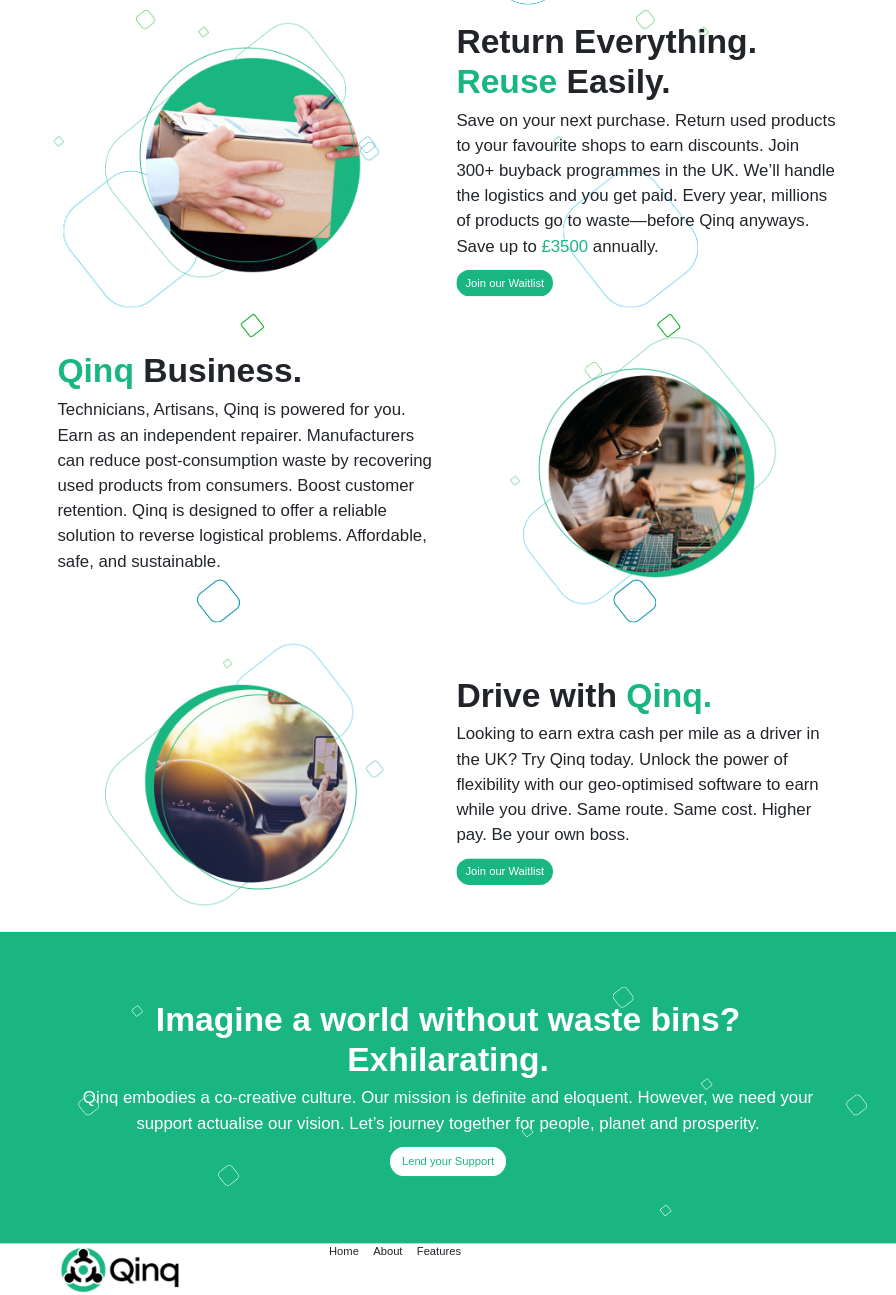
Repository: HelloQinq2023/qinq.github.io
Page: index.html
These files come from the project's save history. The page is drawn as it stood at one moment and after the next save; the edit follows.
The browser window is 1280 px wide. The pictures show the part of the page from y = 1846 to 3766 px (the page is 3696 px tall before and 3766 px after), at 70% of full size.
Backgrounds fixed to the window are drawn as part of the page. Some web fonts or font styles are not loaded; a fallback is used.

Above is the page before, as saved 2023-02-23 12:26:30.

After the next save:
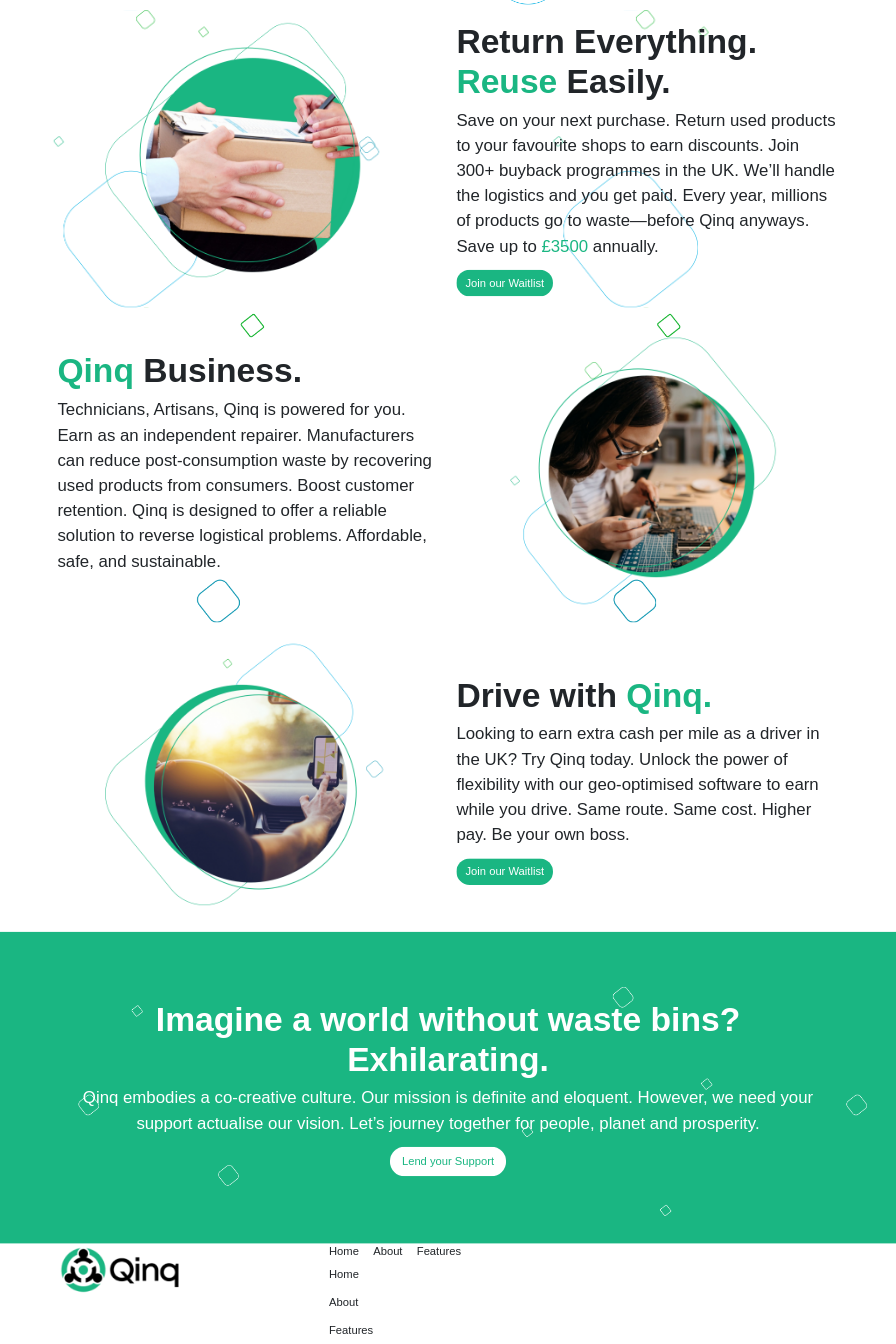
Saved 2 min 13 s later.
--- a/index.html
+++ b/index.html
@@ -164,9 +164,15 @@
 
           <div class="col-md-4">
             <div class="">
-              <div class="d-inline p-2 ">Home</div>
-              <div class="d-inline p-2 ">About</div>
-              <div class="d-inline p-2 ">Features</div>
+              <div class="d-inline p-2">Home</div>
+              <div class="d-inline p-2">About</div>
+              <div class="d-inline p-2">Features</div>
+            </div>
+
+            <div class="">
+              <span class="d-block p-2">Home</span>
+              <span class="d-block p-2">About</span>
+              <span class="d-block p-2">Features</span>
             </div>
           </div>
 

After the 2 saves that followed:
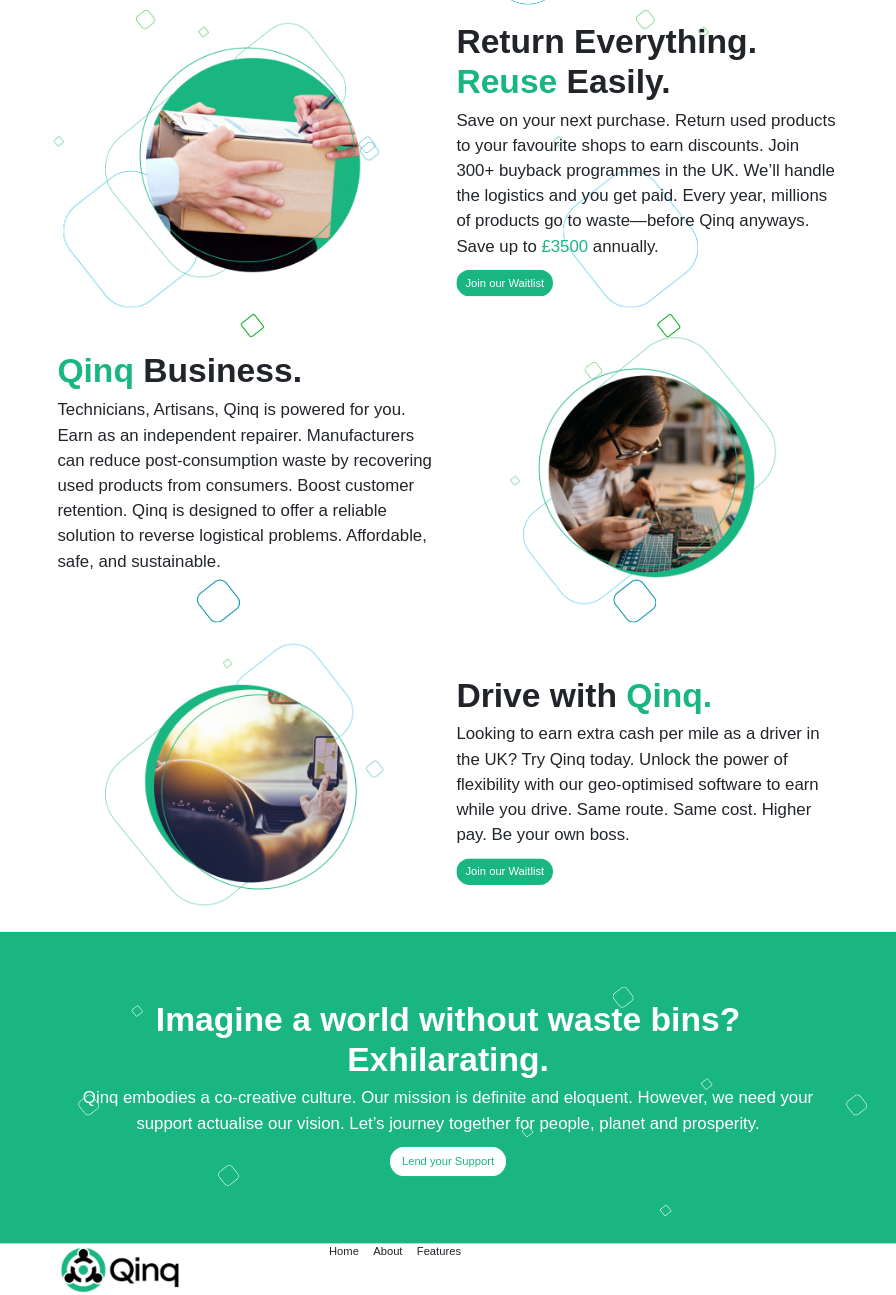
The 2 saves are shown as one change because 1 left the picture as it was.
The last was saved 78 s later.
--- a/index.html
+++ b/index.html
@@ -163,13 +163,13 @@
           </div>
 
           <div class="col-md-4">
-            <div class="">
+            <div class="d-none d-md-block">
               <div class="d-inline p-2">Home</div>
               <div class="d-inline p-2">About</div>
               <div class="d-inline p-2">Features</div>
             </div>
 
-            <div class="">
+            <div class="d-block d-md-none">
               <span class="d-block p-2">Home</span>
               <span class="d-block p-2">About</span>
               <span class="d-block p-2">Features</span>
